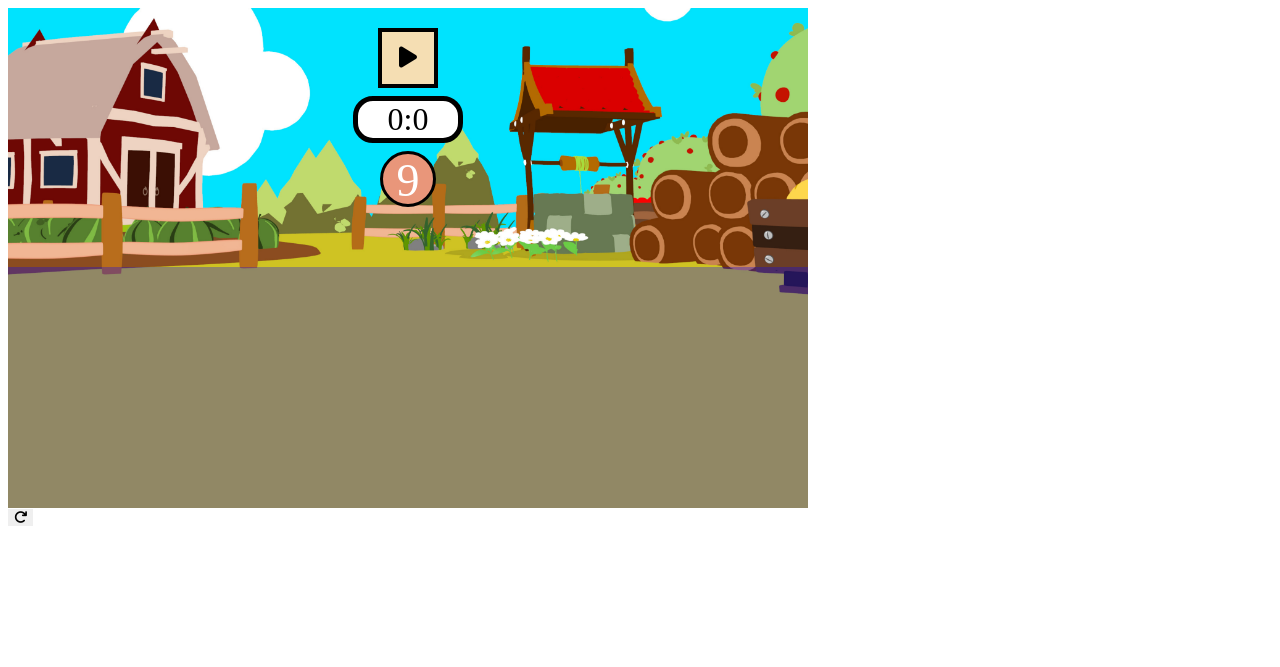
Repository: rumor1993/DreamCoding-Browser101
Page: Chapter07/ellie/index.html
An editor plug-in stored every save of this project. The page is shown before and after the next save, followed by the edit.
The browser window is 1280 px wide. The pictures show the whole page.
Some web libraries are served in a nearby version.

Above is the page before, as saved 2021-01-03 18:43:54.

### Chapter07/ellie/index.html
<!DOCTYPE html>
<html lang="en">
  <head>
    <meta charset="UTF-8" />
    <meta name="viewport" content="width=device-width, initial-scale=1.0" />
    <title>Document</title>
    <link rel="stylesheet" href="index.css" />
    <script src="https://kit.fontawesome.com/86c035f01d.js" crossorigin="anonymous"></script>
    <script src="index.js"></script>
  </head>
  <body>
    <section class="game">
      <header class="game-header">
        <button class="game-button">
          <i class="fas fa-play"></i>
        </button>
        <span class="game-timer">0:0</span>
        <span class="game-score">9</span>
      </header>
      <section class="game-field"></section>
    </section>
    <section class="pop-up">
      <button class="pop-up-refresh">
        <i class="fas fa-redo"></i>
      </button>
      <span class="pop-up-message"></span>
    </section>
  </body>
</html>

### Chapter07/ellie/index.css
button {
  border: none;
  outline: none;
  cursor: pointer;
}

.game {
  display: flex;
  flex-direction: column;
  width: 800px;
  height: 500px;
  background: url("../carrot/img/background.png") center/cover;
}

.game-header {
  display: flex;
  flex-direction: column;
  align-items: center;
  padding: 20px;
}

.game-button {
  width: 60px;
  height: 60px;
  background-color: wheat;
  border: 4px solid black;
  font-size: 24px;
  transition: transform 300ms ease-in;
}

.game-button:hover {
  transform: scale(1.1);
}

.game-timer {
  width: 100px;
  background-color: white;
  text-align: center;
  border: 5px solid black;
  border-radius: 20px;
  font-size: 32px;
  margin-top: 8px;
}

.game-score {
  text-align: center;
  width: 50px;
  height: 50px;
  font-size: 46px;
  margin-top: 8px;
  border: 3px solid black;
  border-radius: 50%;
  background-color: darksalmon;
  color: white;
}

.game-field {
  width: 100%;
  height: 100%;
  margin-top: 40px;
  background-color: blue;
  opacity: 0.3;
}

### Chapter07/ellie/index.js
window.addEventListener("load", () => {
  const section = document.querySelector("section");
  let carrotCount = 10;

  for (let i = 0; i < carrotCount; i++) {
    createCarrot();
    createBug();
  }

  function createCarrot() {
    const carrot = document.createElement("div");
    carrot.setAttribute("class", "carrot");
    section.appendChild(carrot);
  }

  function createBug() {
    const bug = document.createElement("div");
    bug.setAttribute("class", "bug");
    section.appendChild(bug);
  }
});

After the next save:
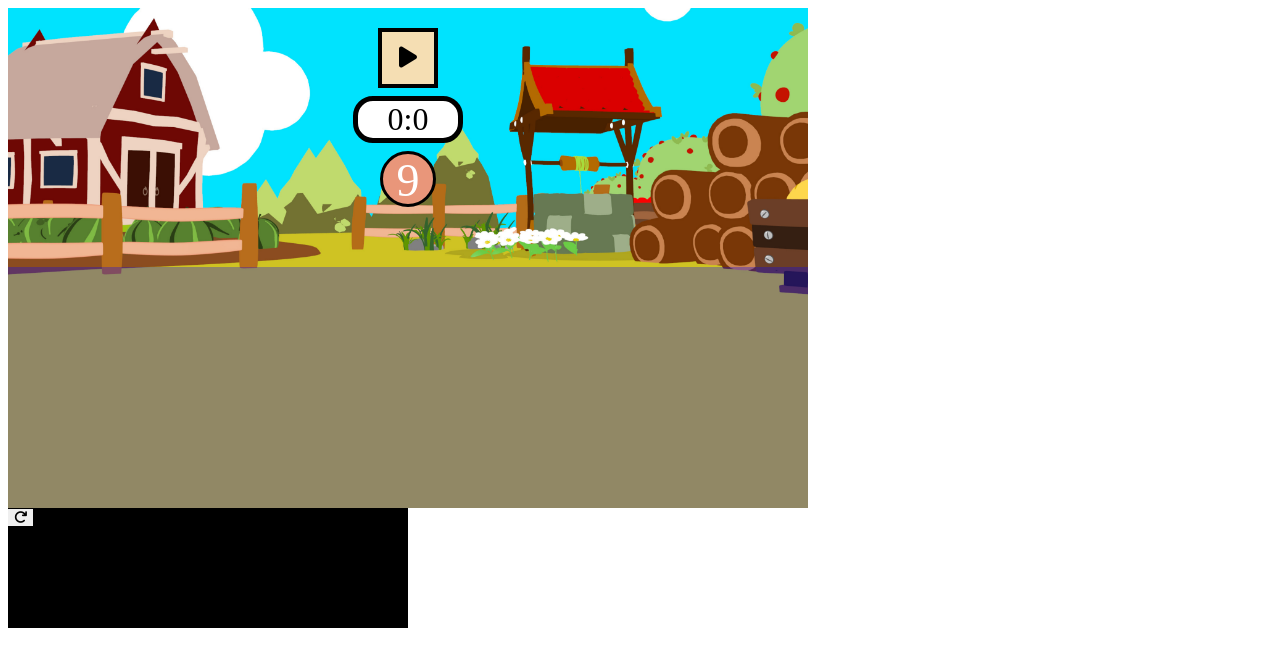
Saved 25 s later.
--- a/Chapter07/ellie/index.css
+++ b/Chapter07/ellie/index.css
@@ -61,3 +61,10 @@ button {
   background-color: blue;
   opacity: 0.3;
 }
+
+.pop-up {
+  width: 400px;
+  height: 120px;
+  background-color: black;
+  color: white;
+}
